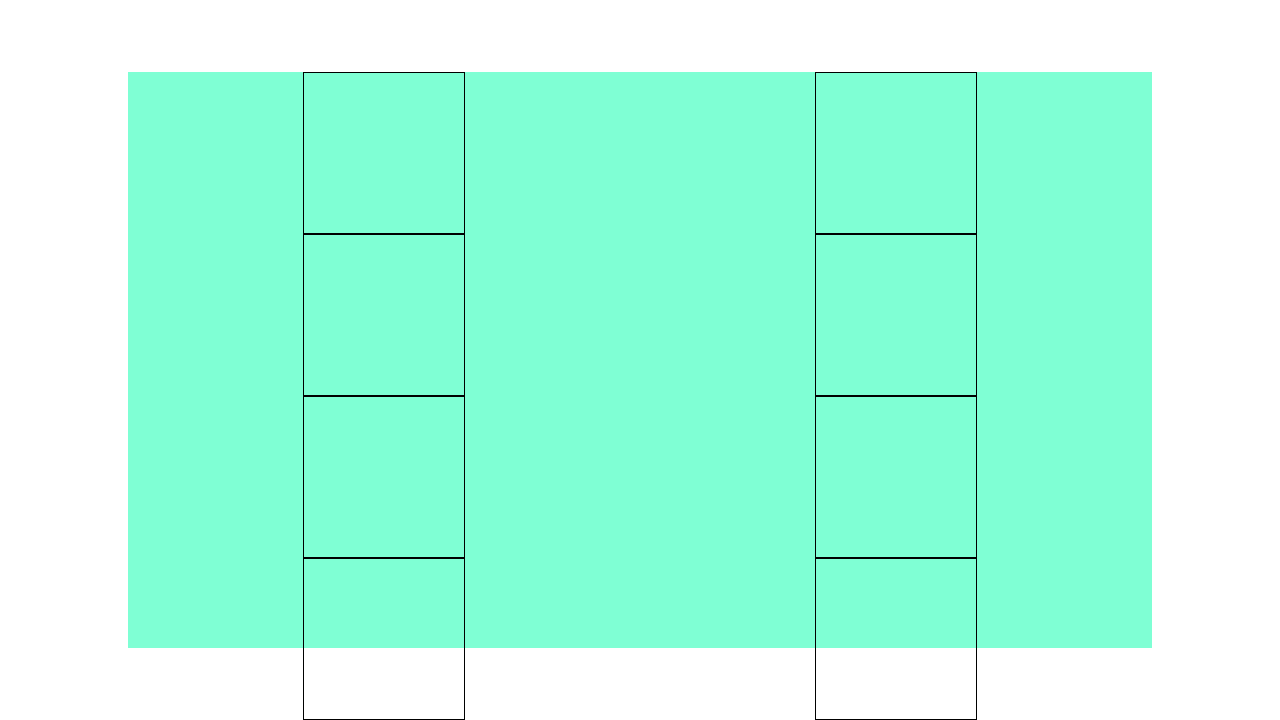
Repository: lidkaa/devTasks
Page: 0. Zadania Testowe/zadania/FlexboxCentered.html
An editor plug-in stored every save of this project. The page is shown before and after the next save, followed by the edit.
The browser window is 1280 px wide. The pictures show the whole page.

Above is the page before, as saved 2022-01-31 13:23:27.

### 0. Zadania Testowe/zadania/FlexboxCentered.html
<!DOCTYPE html>
<html lang="en">
<head>
    <meta charset="UTF-8">
    <meta http-equiv="X-UA-Compatible" content="IE=edge">
    <meta name="viewport" content="width=device-width, initial-scale=1.0">
    <link rel="stylesheet" type="text/css" href="flexboxcentered.css">
    <title>Document</title>
</head>
<body>
    <div class="presentation">
        <ul class="cells">
            <li class="cell">
                <img/>
            </li>
            <li class="cell">
                <img/>
            </li>
            <li class="cell">
                <img/>
            </li>
            <li class="cell">
                <img/>
            </li>
            <li class="cell">
                <img/>
            </li>
            <li class="cell">
                <img/>
            </li>
            <li class="cell">
                <img/>
            </li>
            <li class="cell">
                <img/>
            </li>
            <li class="cell">
                <img/>
            </li>
        </ul>
    </div>
</body>
</html>

### 0. Zadania Testowe/zadania/flexboxcentered.css
* {
    margin: 0;
    padding: 0;
}

.presentation {
    position: fixed;
    height: 100vh;
    width: 100vw;
    display: flex;
    justify-content: center;
    align-items: center;
}

.cells {
    display: flex;
    justify-content: space-around;
    align-items: center;
    flex-direction: row;
    flex-wrap: wrap;
    list-style-type: none;
    height: 80vh;
    width: 80vw;
    background-color: aquamarine;
}

.cell {
    height: 10rem;
    width: 10rem;
    border: 1px solid black;
    margin: 0 90px;
}

After the next save:
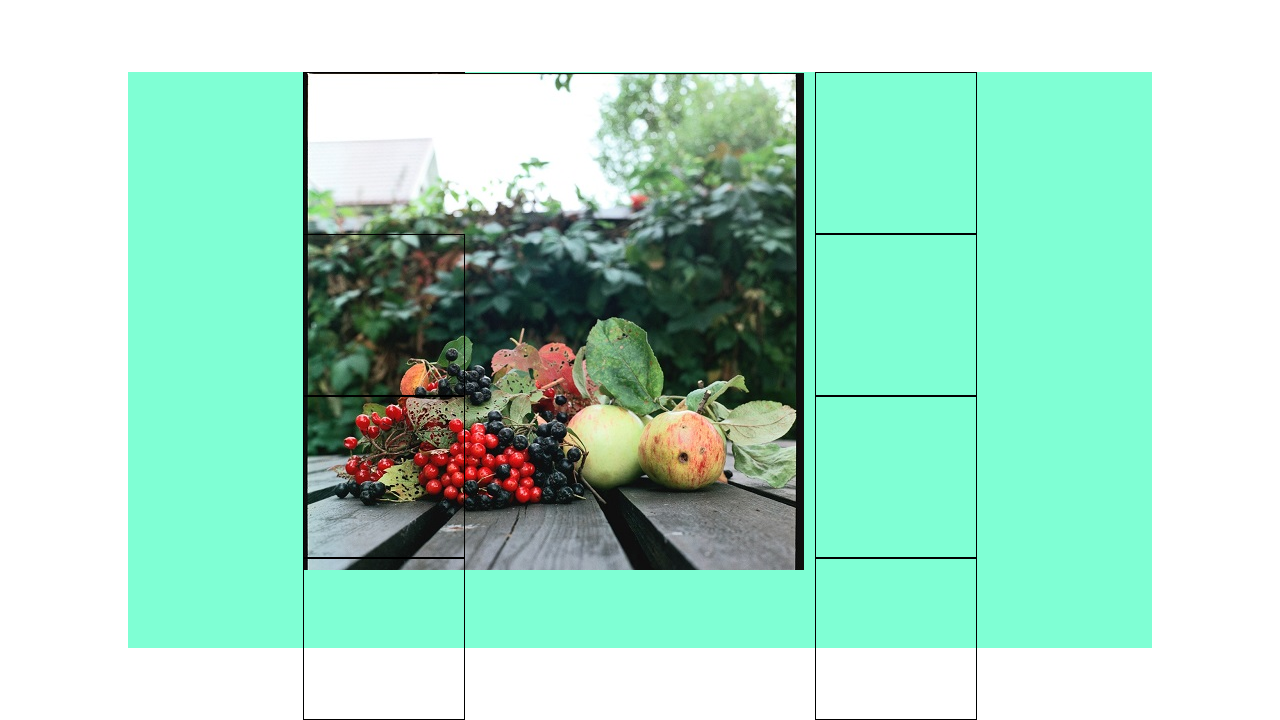
Saved 24 min 53 s later.
--- a/0. Zadania Testowe/zadania/FlexboxCentered.html
+++ b/0. Zadania Testowe/zadania/FlexboxCentered.html
@@ -11,7 +11,7 @@
     <div class="presentation">
         <ul class="cells">
             <li class="cell">
-                <img/>
+                <img src="./pexel/pexel1.jpg"/>
             </li>
             <li class="cell">
                 <img/>
